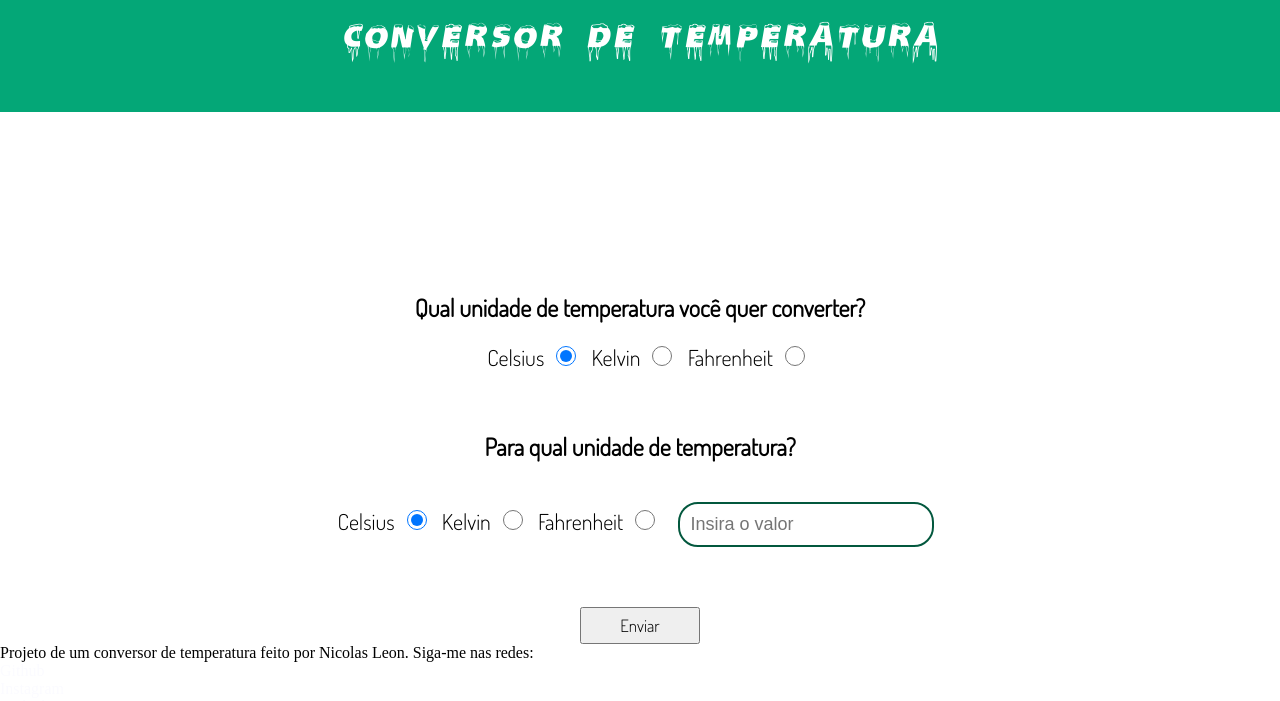
Repository: Leonngc/Conversor-de-temperatura
Page: index.html
The author's editor kept a copy of each file at every save. The page is drawn from the files as they stood at one save, then again after the next save.
The browser window is 1280 px wide. The pictures show the whole page.
Some icons come from a web library that is not loaded, so they are not drawn.

Above is the page before, as saved 2023-02-10 23:34:31.

After the next save:
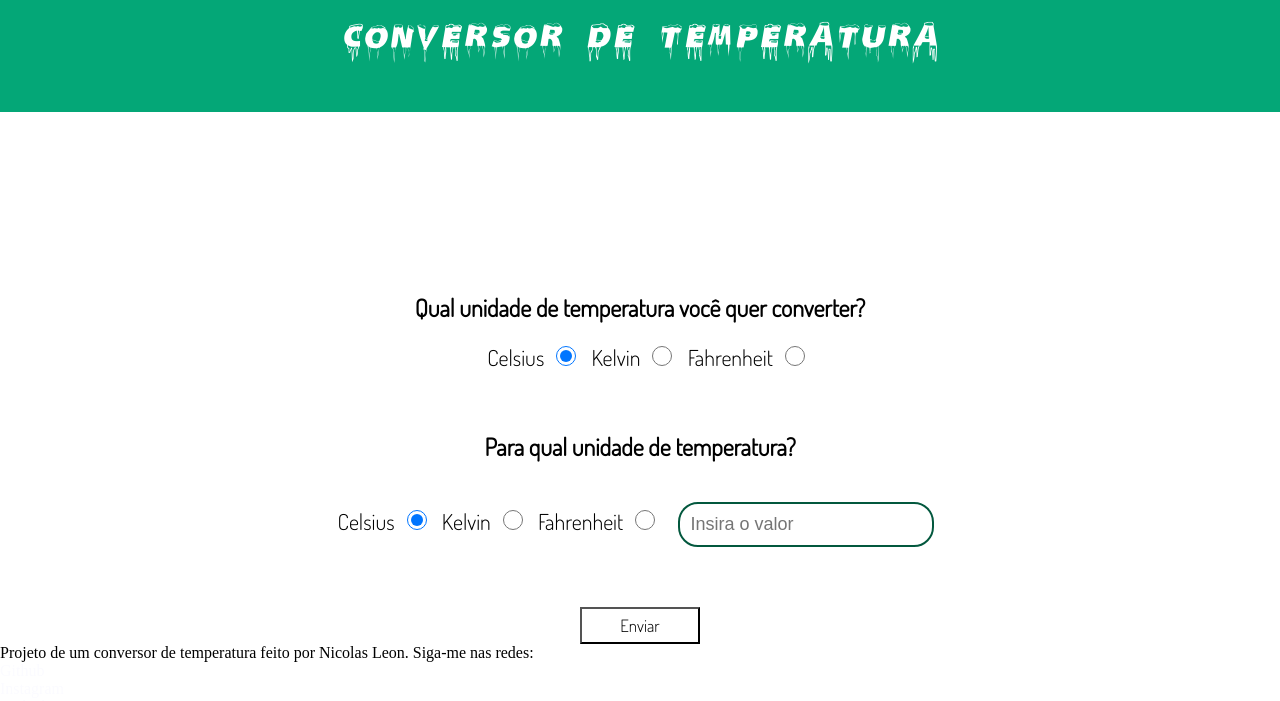
Saved 9 s later.
--- a/style.css
+++ b/style.css
@@ -109,5 +109,5 @@ label{
     font-size: 17px;
     padding: 6px;
     width: 120px;
-    background-color: none;
+    background-color: white;
 }
